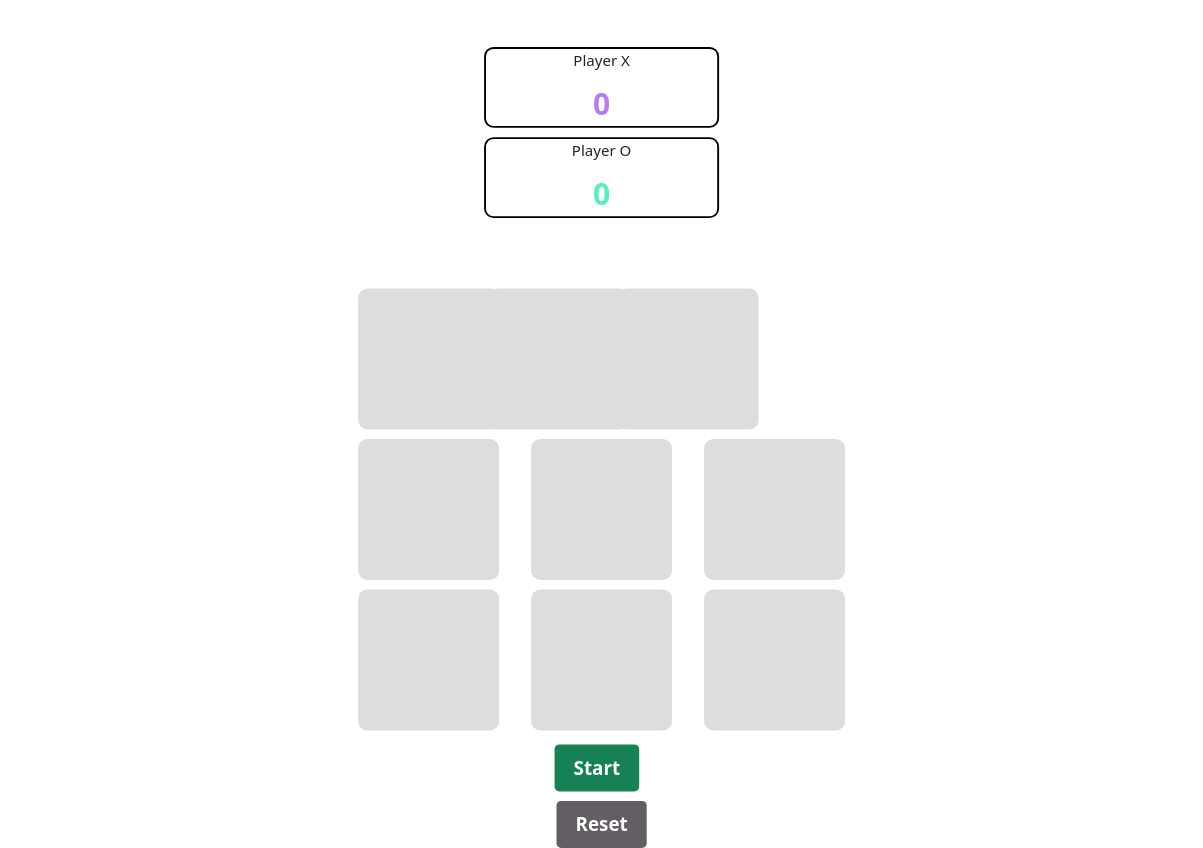
Repository: woodsdeshe/Tic-Tac-Toe
Page: index.html
These files come from the project's save history. The page is drawn as it stood at one moment and after a run of saves; the edit follows.
The browser window is 1280 px wide. The pictures show the whole page, at 94% of full size.

Above is the page before, as saved 2023-03-31 21:42:54.

### index.html
<!DOCTYPE html>
<html lang="en">
  <head>
    <meta charset="UTF-8" />
    <meta http-equiv="X-UA-Compatible" content="IE=edge" />
    <meta name="viewport" content="width=device-width, initial-scale=1.0" />
    <title>Tic Tac Toe | DeShe Woods</title>
    <link rel="stylesheet" href="styles.css" />
    <link
      href="https://cdn.jsdelivr.net/npm/bootstrap@5.3.0-alpha2/dist/css/bootstrap.min.css"
      rel="stylesheet"
      integrity="sha384-aFq/bzH65dt+w6FI2ooMVUpc+21e0SRygnTpmBvdBgSdnuTN7QbdgL+OapgHtvPp"
      crossorigin="anonymous"
    />
  </head>
  <body>
    <div class="container">
      <div class="row">
        <div class="col-12 scoreboard scoreboard-left">
          <div>Player X</div>
          <div class="score-x">0</div>
        </div>
        <div class="col-12 scoreboard scoreboard-right">
          <div>Player O</div>
          <div class="score-o">0</div>
        </div>
      </div>
      <div class="message"></div>
      <div class="container game-board">
        <div class="row">
          <div class="col-3">
            <div class="tile square-1"></div>
          </div>
          <div class="col-3">
            <div class="tile square-2"></div>
          </div>
          <div class="col-3">
            <div class="tile square-3"></div>
          </div>
        </div>
        <div class="row">
          <div class="col-4">
            <div class="tile square-4"></div>
          </div>
          <div class="col-4">
            <div class="tile square-5"></div>
          </div>
          <div class="col-4">
            <div class="tile square-6"></div>
          </div>
        </div>
        <div class="row">
          <div class="col-4">
            <div class="tile square-7"></div>
          </div>
          <div class="col-4">
            <div class="tile square-8"></div>
          </div>
          <div class="col-4">
            <div class="tile square-9"></div>
          </div>
        </div>
      </div>
        <div class="start">
            <button class="startBtn">Start</button>
        </div>
        <div class="reset">
            <button class="reset-btn">Reset</button>
        </div>
    </div>
    <script
      src="https://cdn.jsdelivr.net/npm/bootstrap@5.3.0-alpha2/dist/js/bootstrap.bundle.min.js"
      integrity="sha384-qKXV1j0HvMUeCBQ+QVp7JcfGl760yU08IQ+GpUo5hlbpg51QRiuqHAJz8+BrxE/N"
      crossorigin="anonymous"
    ></script>
    <script src="script.js"></script>
  </body>
</html>

### styles.css
.container {
  display: flex;
  flex-direction: column;
  align-items: center;
  margin-top: 50px;
}

.scoreboard {
  display: flex;
  flex-direction: column;
  align-items: center;
  border: 2px solid black;
  border-radius: 10px;
  width: 200px;
}

.scoreboard-left {
  margin-right: 70px;
  margin-bottom: 10px;
}

.scoreboard-right {
  margin: 0;
}

.score-x {
  font-size: 48px;
  color: rgb(184, 123, 241);
}

.score-o {
  font-size: 48px;
  color: rgb(83, 240, 193);
}

.score-x,
.score-o {
  font-size: 2em;
  font-weight: bold;
  margin-top: 10px;
}

.message {
  font-size: 2em;
  margin-bottom: 20px;
}

.game-board {
  display: flex;
  justify-content: center;
}

.tile {
  width: 150px;
  height: 150px;
  background-color: #ddd;
  margin: 5px;
  border-radius: 10px;
  display: flex;
  justify-content: center;
  align-items: center;
  font-size: 50px;
  font-weight: bold;
  cursor: pointer;
}

.startBtn {
    font-size: 20px;
    font-weight: bold;
    padding: 10px 20px;
    background-color: #158154;
    color: white;
    border-radius: 5px;
    border: none;
    cursor: pointer;
}

.start,
.reset {
  display: flex;
  justify-content: center;
  margin-top: 10px;
}

.startBtn,
.reset-btn {
  font-size: 20px;
  font-weight: bold;
  padding: 10px 20px;
  border-radius: 5px;
  border: none;
  cursor: pointer;
}

.reset-btn {
    background-color: #625e64;
    color: white;
  }

.startBtn {
    background-color: #158154;
    color: white;
    margin-right: 10px;
  }

.x-symbol {
    color: rgb(184, 123, 241);
}

.o-symbol {
    color: rgb(83, 240, 193);
}

@media (max-width: 767px) {
  .scoreboard {
    margin-bottom: 20px;
  }
}

### script.js
// Variables that access the squares, reset button, scoreboards , and messaging for the game that will stay constant
const gameBoard = document.querySelector(".game-board");
const resetBtn = document.querySelector(".reset-btn");
const scoreboardX = document.querySelector(".score-x");
const scoreboardO = document.querySelector(".score-o");
const message = document.querySelector(".message");
const tile = document.querySelectorAll(".tile");

// Variables that access the current player, game over, X and O scores that will change based on conditions of the game
let currentPlayer = "X";
let gameOver = false;
let xScore = 0;
let oScore = 0;

// This event listener will check to see if the tiles are empty and will fill them with the symbol of the current player

gameBoard.addEventListener("click", (event) => {
  event.preventDefault();

  //This if statement checks to see if the game is over before allowing the players to continue playing. If gameOver is true, then the board becomes unclickable
  if (gameOver) {
    return;
  }

  // This variable will hold the square that gets clicked using the .target property
  const square = event.target;

  // Checks to see if the square contains a class of tile and the square is empty. If it's empty then the square will contain a symbol and alternate the symbol according to the current player
  if (square.classList.contains("tile") && square.textContent === "") {
    // This if statement adds or removes the appropriate symbol class based on the current player so that the colors of the symbols will be different
    if (currentPlayer === "X") {
      square.classList.add("x-symbol");
      square.classList.remove("o-symbol");
    } else {
      square.classList.add("o-symbol");
      square.classList.remove("x-symbol");
    }

    square.textContent = currentPlayer;

    //Updates the message variable to show who's turn it is on the screen
    message.textContent = `It's ${currentPlayer} turn`;

    currentPlayer = currentPlayer === "X" ? "O" : "X";
  }

  //Calls the checkForWinner function after each turn to see if a player has won
  checkForWinner();
});

// Check to see if the tiles contain a winning play of a specific player
function currentPlay(plays, player) {
  // The .every method checks through every tile within the player array that checks to see if they contain the current players symbol with a boolean "true" or "false"
  return plays.every((tile) => {
    tileElement = document.querySelector(`.square-${tile}`);
    return tileElement.textContent === player;
  });
}

// This function will check to see which player has the winning set after each move
function checkForWinner() {
  // Nested arrays that show all the winning plays that are needed to win
  const winningPlays = [
    [1, 2, 3],
    [4, 5, 6],
    [7, 8, 9],
    [1, 4, 7],
    [2, 5, 8],
    [3, 6, 9],
    [1, 5, 9],
    [3, 5, 7],
  ];

  // Loops through each array within "winingPlays" and stores the values in the variable "plays"
  for (let i = 0; i < winningPlays.length; i++) {
    const plays = winningPlays[i];

    // Create if/else conditions that will check to see if the current player has a winning play thats in 'winningPlays', if no one wins, it calls the "itsATie" function to alert the players that the game is over and prevents the players from continuing to play using th endGame function"
    if (currentPlay(plays, "X")) {
      xScore++;
      scoreboardX.textContent = xScore;
      message.textContent = "Player X Wins!";
      gameOver = true;
      endGame();
    } else if (currentPlay(plays, "O")) {
      oScore++;
      scoreboardO.textContent = oScore;
      message.textContent = "Player O Wins!";
      gameOver = true;
      endGame();
    } else if (itsATie()) {
      message.textContent = "Game over! It's a tie!!!";
      gameOver = true;
      endGame();
    }
  }

  // This function iterates through all the tiles on the board and checks to see if the board is full. If there isn't any empty tiles left, it returns true.
  function itsATie() {
    for (let i = 0; i < tile.length; i++) {
      if (tile[i].textContent === "") {
        return false;
      }
    }
    return true;
  }

  // This function iterates through all the tiles in the game and removes the gameBoard listener so that the board is no longer clickable when the game is over
  function endGame() {
    for (let i = 0; i < tile.length; i++) {
      tile[i].removeEventListener("click", handleClick);
    }
  }
}

//This function resets the game
function resetGame() {
  currentPlayer = "X";
  gameOver = false;
  message.textContent = `It's ${currentPlayer} turn`;
  scoreboardX.textContent = "0";
  scoreboardO.textContent = "0";
  xScore = 0;
  oScore = 0;

  // Clears the board by setting the text content of all tiles to an empty string
  tile.forEach((tile) => {
    tile.textContent = "";
  });

  // Add back the event listener to each tile so that they are clickable again
  tile.forEach((tile) => {
    tile.addEventListener("click", handleTileClick);
  });
}

resetBtn.addEventListener("click", () => {
  resetGame();
});

After the next 2 saves:
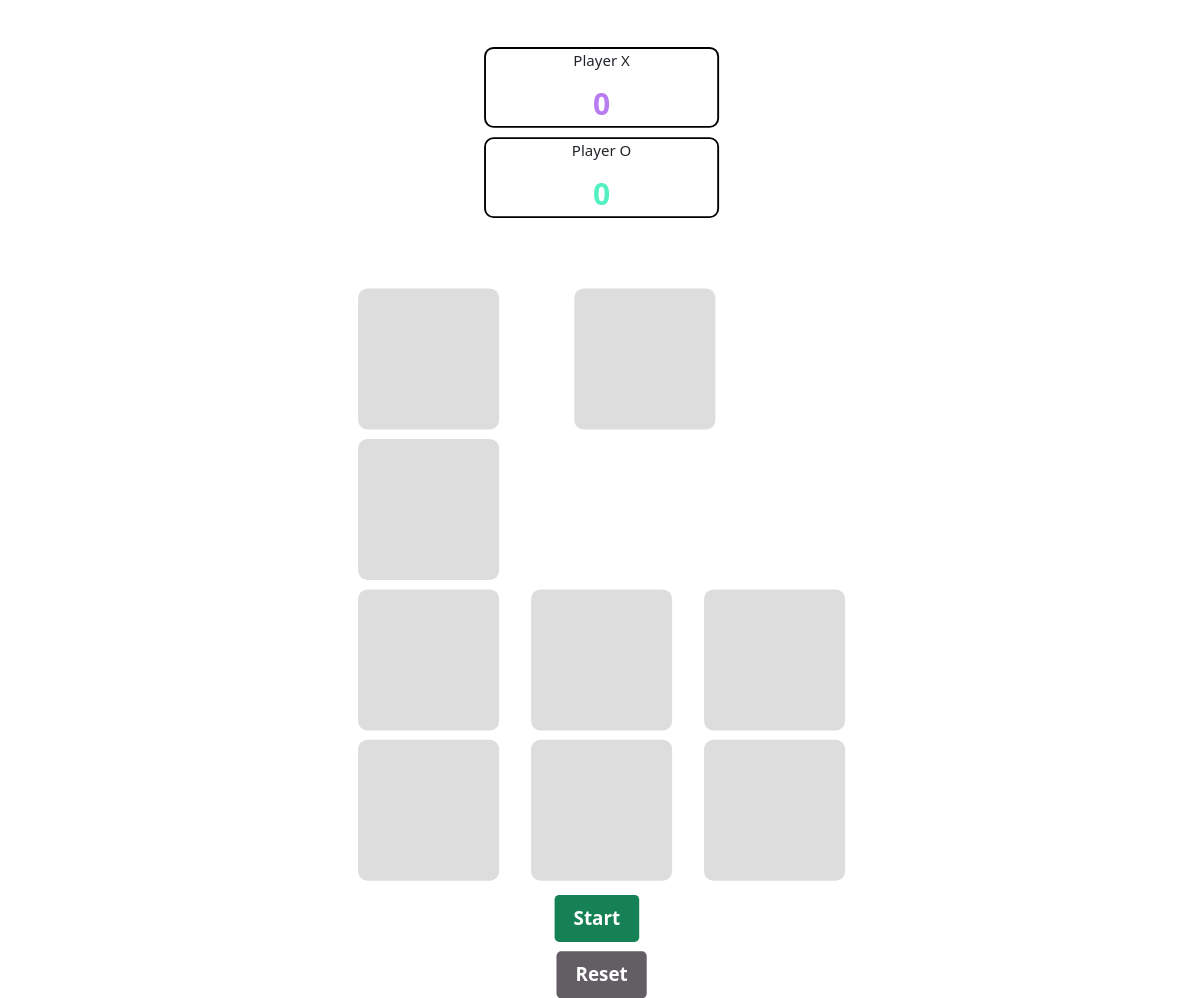
The 2 saves are shown as one change because they came seconds apart.
The last was saved 9 s later.
--- a/index.html
+++ b/index.html
@@ -28,13 +28,13 @@
       <div class="message"></div>
       <div class="container game-board">
         <div class="row">
-          <div class="col-3">
+          <div class="col-5">
             <div class="tile square-1"></div>
           </div>
-          <div class="col-3">
+          <div class="col-4">
             <div class="tile square-2"></div>
           </div>
-          <div class="col-3">
+          <div class="col-4">
             <div class="tile square-3"></div>
           </div>
         </div>
